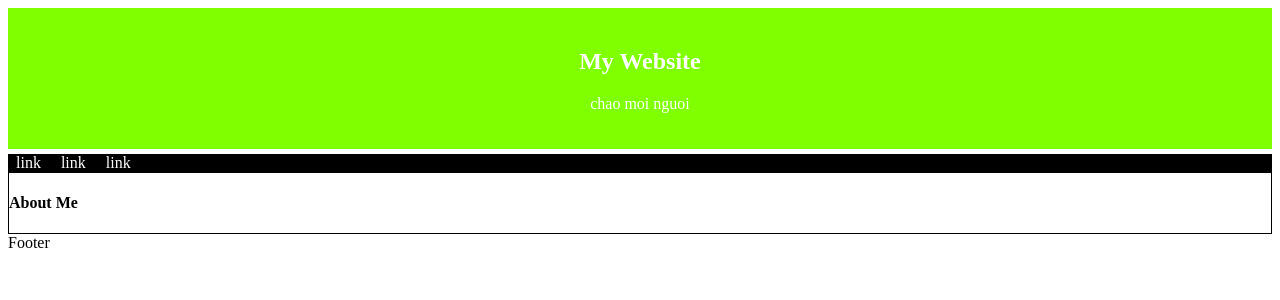
Repository: Lehuyhuynh/BTH2-CSS
Page: BTH2/index,.html
An editor plug-in stored every save of this project. The page is shown before and after a run of saves, followed by the edit.
The browser window is 1280 px wide. The pictures show the whole page.

Above is the page before, as saved 2023-08-09 23:08:00.

After the next 3 saves:
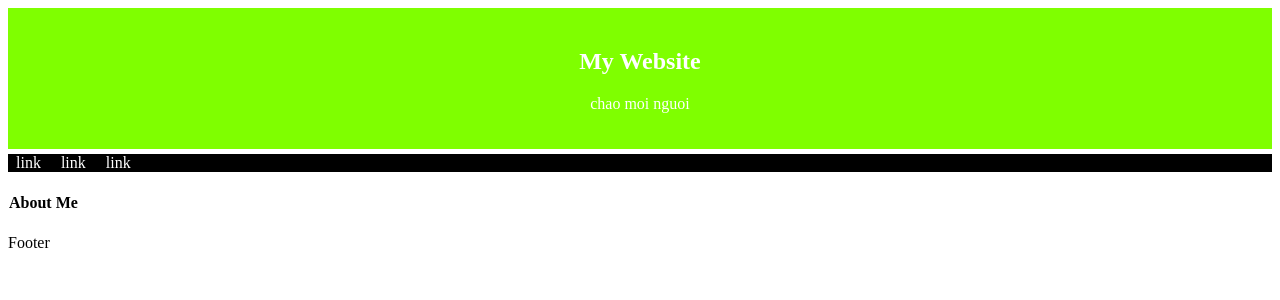
The 3 saves are shown as one change because they came seconds apart.
The last was saved 17 s later.
--- a/BTH2/style.css
+++ b/BTH2/style.css
@@ -19,5 +19,5 @@
   margin: 8px;
 }
 .left{
-  border: 1px solid ;
+  border: 1px solid white;
 }

After the 4 saves that followed:
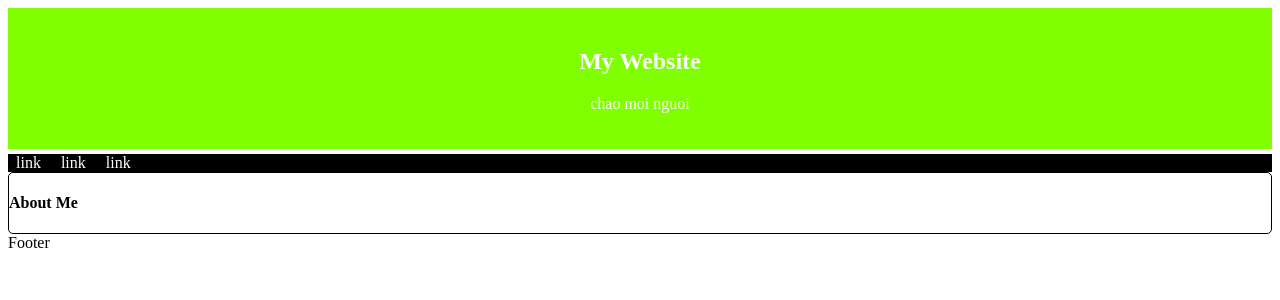
The 4 saves are shown as one change because 2 left the picture as it was and some came seconds apart.
The last was saved 54 s later.
--- a/BTH2/style.css
+++ b/BTH2/style.css
@@ -19,5 +19,6 @@
   margin: 8px;
 }
 .left{
-  border: 1px solid white;
+  border: 1px solid ;
+  border-radius: 5px;
 }
